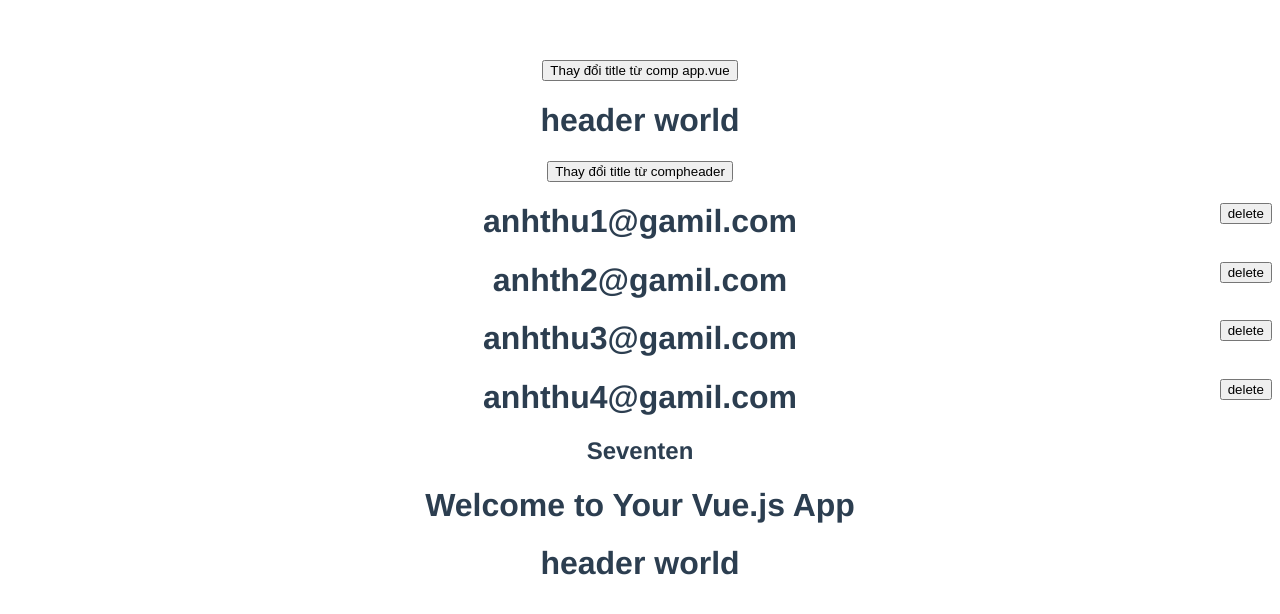
Repository: anhthu112/Todo-list
Page: /
An editor plug-in stored every save of this project. The page is shown before and after the next save, followed by the edit.
The browser window is 1280 px wide. The pictures show the whole page.
The project was rebuilt for these pictures with package versions that can differ from the ones it lists, and the page was loaded fresh each time. Also part of the build but not shown: vue.config.js.

Above is the page before, as saved 2024-01-24 23:39:40.

After the next save:
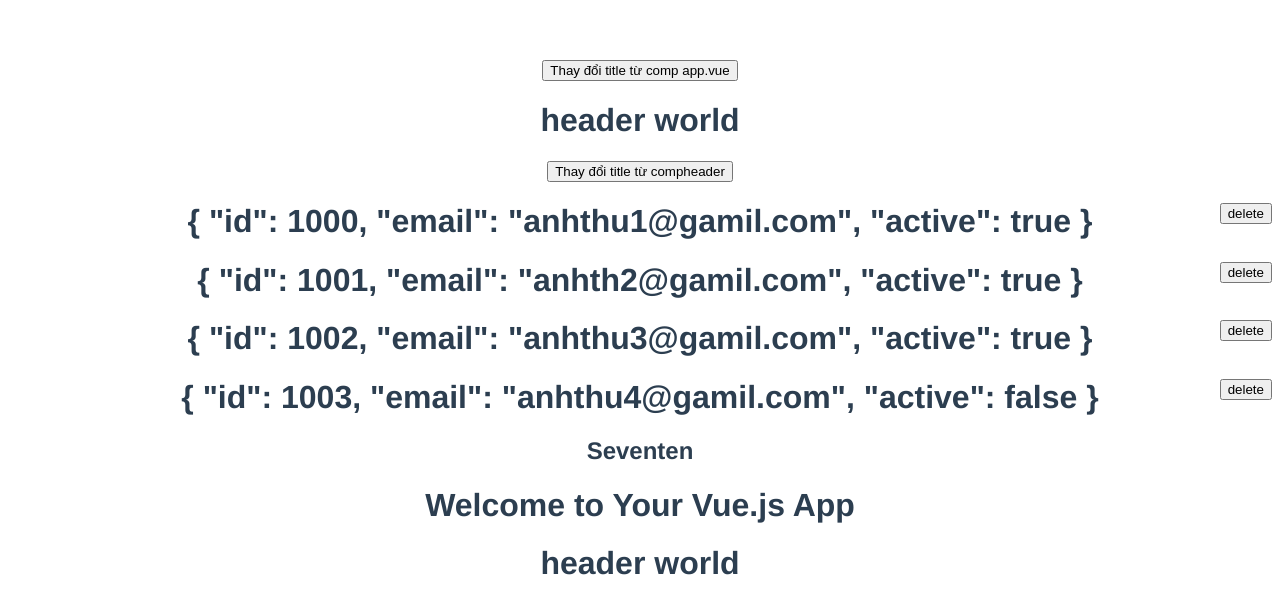
Saved 2 min 45 s later.
--- a/src/components/User.vue
+++ b/src/components/User.vue
@@ -1,6 +1,6 @@
 <template>
     <div class="user">
-        <h1>{{ user.email }}</h1>
+        <h1>{{ user }}</h1>
         <button class="delete"
         v-on:click="handleDelete"
         >delete</button>
